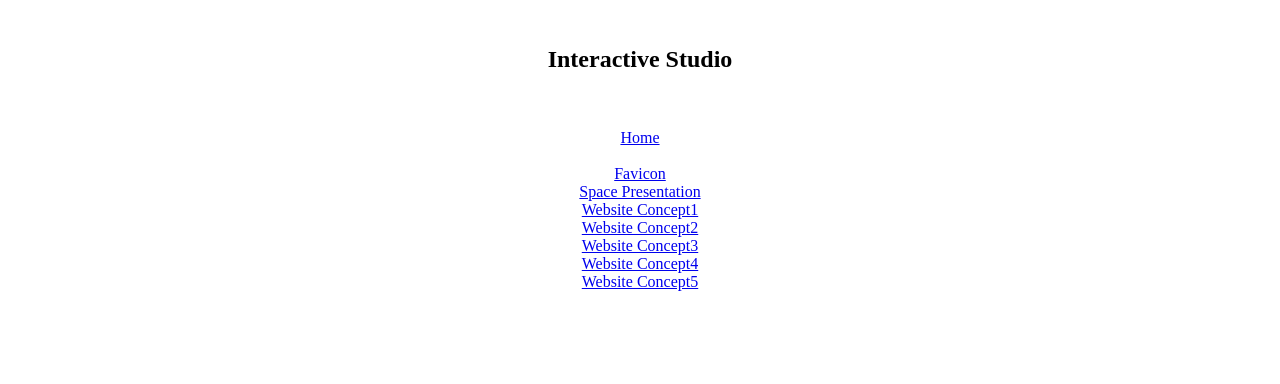
Repository: parkh899/parkh899.github.io
Page: studio/index.html
The author's editor kept a record of every edit. The page is drawn from the files as they stood at one moment, then again after the next edit.
The browser window is 1280 px wide. The pictures show the whole page.

Above is the page before.

After the next edit:
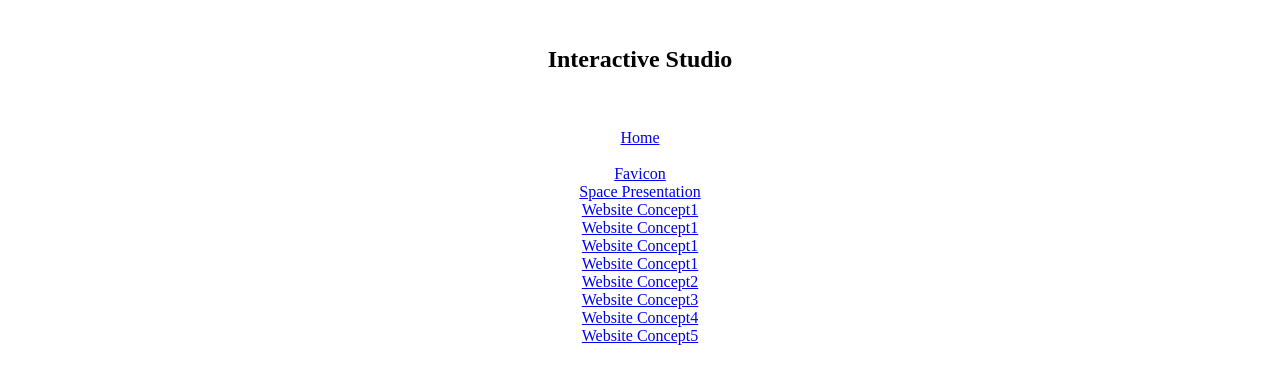
The edit:
--- a/studio/index.html
+++ b/studio/index.html
@@ -11,7 +11,10 @@
 
             <a href= "../index.html">Home</a><br/><br/>
             <a href= "favicon.html">Favicon</a><br/>
-            <a href= "space.html">Space Presentation</a><br/>
+            <a href= "space.pdf">Space Presentation</a><br/>
+            <a href= "concept1.pdf">Website Concept1</a><br/>
+            <a href= "concept1.pdf">Website Concept1</a><br/>
+            <a href= "concept1.pdf">Website Concept1</a><br/>
             <a href= "concept1.pdf">Website Concept1</a><br/>
             <a href= "concept2.pdf">Website Concept2</a><br/>
             <a href= "concept3.pdf">Website Concept3</a><br/>
